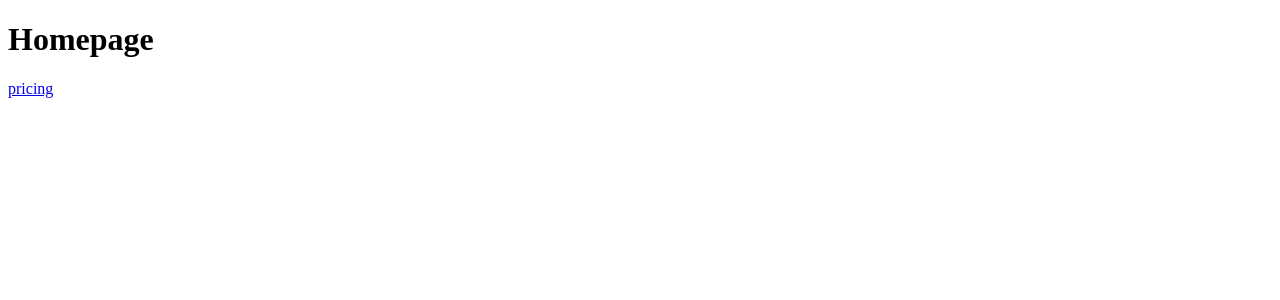
Repository: ayakhaled0001/worldwise
Page: /
An editor plug-in stored every save of this project. The page is shown before and after the next save, followed by the edit.
The browser window is 1280 px wide. The pictures show the whole page.
The project was rebuilt for these pictures with package versions that can differ from the ones it lists, and the page was loaded fresh each time. Also part of the build but not shown: vite.config.js, src/pages/Product.jsx, src/pages/Pricing.jsx, src/pages/PageNotFound.jsx.

Above is the page before, as saved 2025-01-29 19:54:57.

### src/App.jsx
import { BrowserRouter, Route, Routes } from "react-router-dom";
import Product from "./pages/Product";
import Homepage from "./pages/Homepage";
import Pricing from "./pages/Pricing";
import PageNotFound from "./pages/PageNotFound";
function App() {
  return (
    <BrowserRouter>
      <Routes>
        <Route path="/" element={<Homepage />} />
        <Route path="pricing" element={<Pricing />} />
        <Route path="product" element={<Product />} />
        <Route path="*" element={<PageNotFound />} />
      </Routes>
    </BrowserRouter>
  );
}

export default App;

### src/pages/Homepage.jsx
import { Link } from "react-router-dom";

function Homepage() {
  return (
    <div>
      <h1>Homepage</h1>
      <Link to="/pricing">pricing</Link>
    </div>
  );
}

export default Homepage;

### src/components/PageNav.jsx
import { Link } from "react-router-dom";

function PageNav() {
  return (
    <nav>
      <ul>
        <li>
          <Link to="/">Home</Link>
        </li>
        <li>
          <Link to="/pricing">pricing</Link>
        </li>
        <li>
          <Link to="/product">product</Link>
        </li>
        <li>
          <Link to="/">Home</Link>
        </li>
      </ul>
    </nav>
  );
}

export default PageNav;

Loaded but not shown: index.html (common file); src/main.jsx (common file)

After the next save:
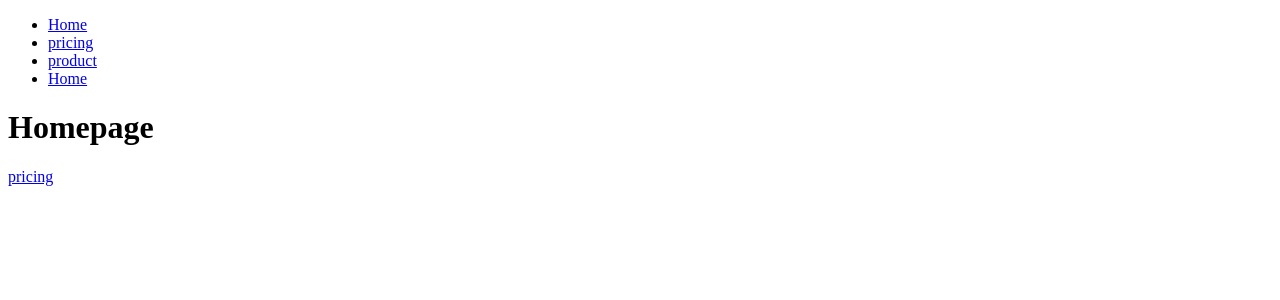
Saved 3 min 55 s later.
--- a/src/pages/Homepage.jsx
+++ b/src/pages/Homepage.jsx
@@ -1,8 +1,10 @@
 import { Link } from "react-router-dom";
+import PageNav from "../components/PageNav";
 
 function Homepage() {
   return (
     <div>
+      <PageNav />
       <h1>Homepage</h1>
       <Link to="/pricing">pricing</Link>
     </div>
